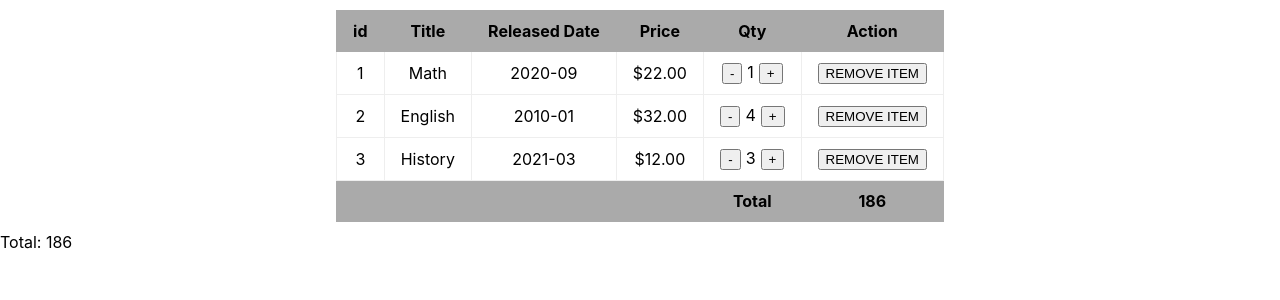
Repository: vgg1kkh/myBookStoreBasket
Page: /
An editor plug-in stored every save of this project. The page is shown before and after the next save, followed by the edit.
The browser window is 1280 px wide. The pictures show the whole page.
The project was rebuilt for these pictures with package versions that can differ from the ones it lists, and the page was loaded fresh each time.

Above is the page before, as saved 2021-10-07 16:40:17.

### public/index.html
<!DOCTYPE html>
<html lang="en">
  <head>
    <meta charset="utf-8" />
    <link rel="icon" href="%PUBLIC_URL%/favicon.ico" />
    <meta name="viewport" content="width=device-width, initial-scale=1" />
    <meta name="theme-color" content="#000000" />
    <meta
      name="description"
      content="Web site created using create-react-app"
    />
    <title>React App</title>
  </head>
  <body>
    <noscript>You need to enable JavaScript to run this app.</noscript>
    <div id="root"></div>

  </body>
</html>

### src/App.js
import React, { Component } from "react";
import { formatPrice } from "./format-util";
import "./App.css";

export default class App extends Component {
  constructor() {
    super();
    this.state = {
      bookList: [
        { id: 3, name: "Math", date: "2020-09", price: 22, number: 1 },
        { id: 4, name: "English", date: "2010-01", price: 32, number: 4 },
        { id: 5, name: "History", date: "2021-03", price: 12, number: 3 },
      ],
    };
  }

  getTotalPrice() {
    // this.state.bookList.reduce(
    //   (pre, item) => (pre = item.price * item.number + pre)
    // );
    let totalPrice = 0
    for(let i of this.state.bookList){
        totalPrice = i.price * i.number + totalPrice
    }
    return totalPrice
  }
  render() {
    return (
      <>
        <div>
          <table className="table-wrapper">
            <thead>
              <tr>
                <th>id</th>
                <th>Title</th>
                <th>Released Date</th>
                <th>Price</th>
                <th>Qty</th>
                <th>Action</th>
              </tr>
            </thead>
            <tbody>
              {this.state.bookList.map((item, index) => {
                return (
                  <tr key={item.id}>
                    <td>{index + 1}</td>
                    <td>{item.name}</td>
                    <td>{item.date}</td>
                    <td>{formatPrice(item.price)}</td>
                    <td>
                      <button>-</button>
                      <span className="book-qty">
                        {item.number}
                      </span>
                      <button>+</button>
                    </td>
                    <td>
                      <button>REMOVE ITEM</button>
                    </td>
                  </tr>
                );
              })}
              <tr>
                <th></th>
                <th></th>
                <th></th>
                <th></th>
                <th>Total</th>
                <th>{this.getTotalPrice()}</th>
              </tr>
            </tbody>
          </table>
        </div>
        <div>Total: {this.getTotalPrice()}</div>
      </>
    );
  }
}

### src/format-util.js
export function formatPrice(price){
    if(typeof price !== "number"){
        return Number(price) || 0
    }
    return ("$"+price.toFixed(2))
}

### src/App.css
.table-wrapper {
    margin: 10px auto;
    border: 1px solid #eee;
    border-collapse: collapse;
    text-align: center;
}

th,td {
    border: 1px solid #eee;
    padding: 10px 16px;
    /* border-collapse: collapse; */
}

th {
    background-color: #aaa;
    border-color: #aaa
}

.book-qty {
    margin: 0 5px;
}

Loaded but not shown: src/index.js (common file); src/index.css (common file)

After the next save:
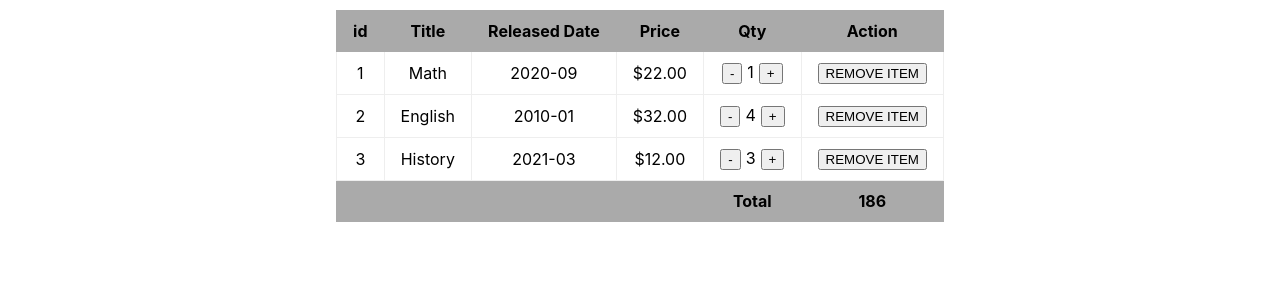
Saved 18 s later.
--- a/src/App.js
+++ b/src/App.js
@@ -71,7 +71,7 @@ export default class App extends Component {
             </tbody>
           </table>
         </div>
-        <div>Total: {this.getTotalPrice()}</div>
+
       </>
     );
   }
